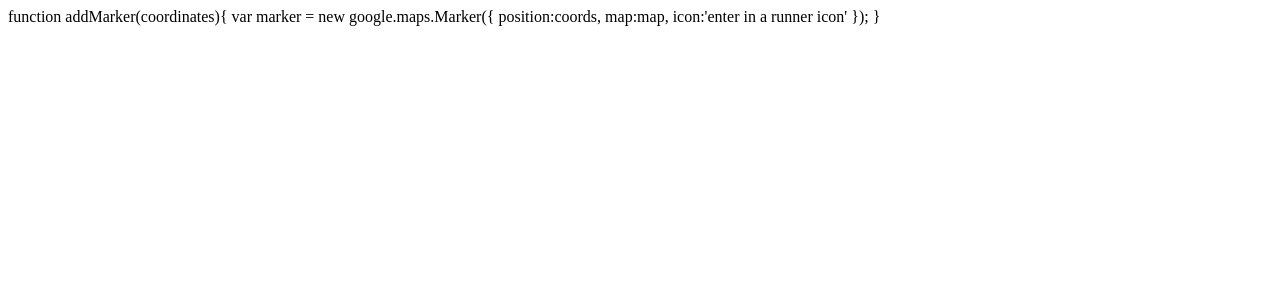
Repository: MaydayBR/creating-an-Event
Page: home.html
The author's editor kept a copy of each file at every save. The page is drawn from the files as they stood at one save, then again after the next save.
The browser window is 1280 px wide. The pictures show the whole page.

Above is the page before, as saved 2024-10-01 23:35:29.

After the next save:
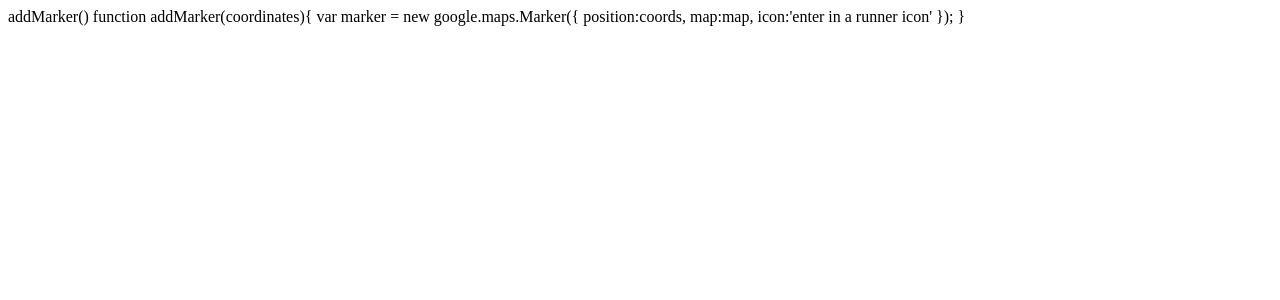
Saved 58 s later.
--- a/home.html
+++ b/home.html
@@ -2,7 +2,7 @@
 
 
 
-
+addMarker()
 
 function addMarker(coordinates){
     var marker = new google.maps.Marker({
